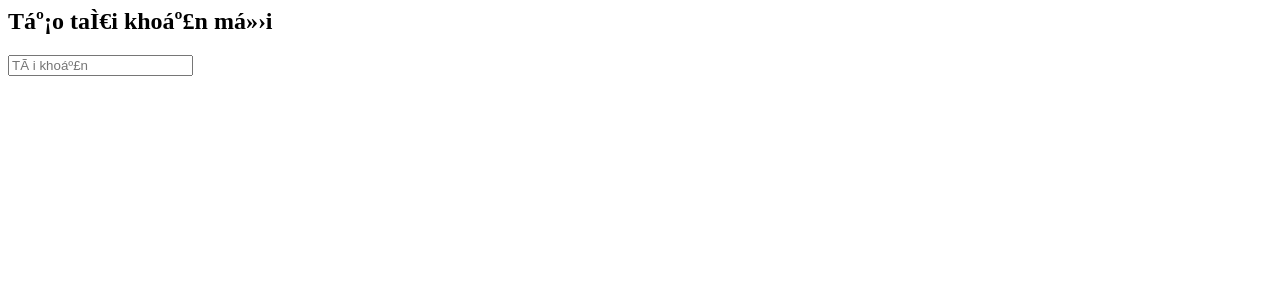
Repository: tm-Quan745/LapTrinhWeb
Page: http://localhost/KetNoiCSDL/decorators/login.jsp
The author's editor kept a copy of each file at every save. The page is drawn from the files as they stood at one save, then again after the next save.
The browser window is 1280 px wide. The pictures show the whole page.
The page is served by Tomcat 10. Other server files are loaded and not shown.

Above is the page before, as saved 2025-08-28 07:47:12.

### KetNoiCSDL/src/main/webapp/decorators/login.jsp
<form action="login" method="post">
    <h2>Tạo tài khoản mới</h2>

    <c:if test="${alert != null}">
        <h3 class="alert alert-danger">${alert}</h3>
    </c:if>

    <section>
        <label class="input login-input">
            <div class="input-group">
                <span class="input-group-addon">
                    <i class="fa fa-user"></i>
                </span>
                <input
                    type="text"
                    name="username"
                    class="form-control"
                    placeholder="Tài khoản"
                >
            </div>
        </label>
    </section>
</form>

After the next save:
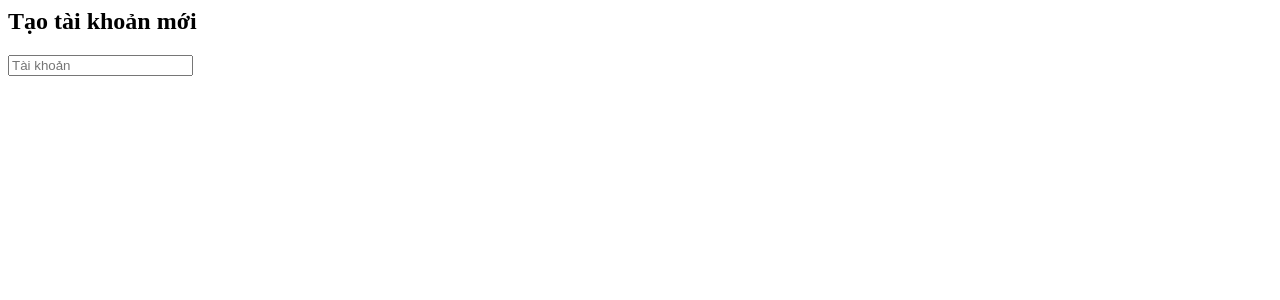
Saved 31 s later.
--- a/KetNoiCSDL/src/main/webapp/decorators/login.jsp
+++ b/KetNoiCSDL/src/main/webapp/decorators/login.jsp
@@ -1,3 +1,6 @@
+<%@ page contentType="text/html;charset=UTF-8" language="java" %>
+<%@ taglib uri="http://java.sun.com/jsp/jstl/core" prefix="c" %>
+
 <form action="login" method="post">
     <h2>Tạo tài khoản mới</h2>
 
